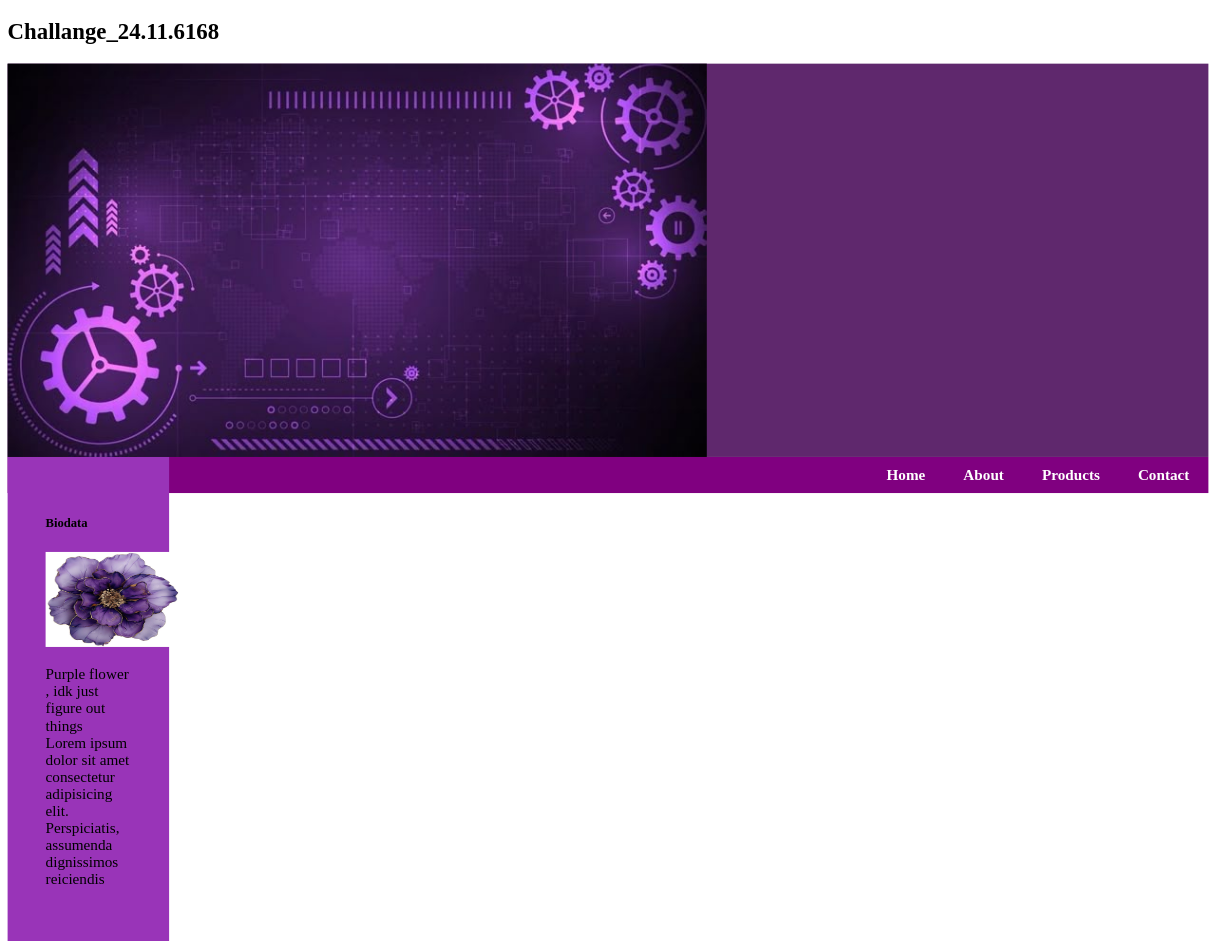
Repository: Ms-Ulfiyahrustam/p5_pemogramanweb
Page: index.html
The author's editor kept a copy of each file at every save. The page is drawn from the files as they stood at one save, then again after the next save.
The browser window is 1280 px wide. The pictures show the whole page, at 95% of full size.

Above is the page before, as saved 2026-04-27 09:36:59.

### index.html
<!DOCTYPE html>
<html lang="en">
<head>
    <meta charset="UTF-8">
    <meta name="viewport" content="width=device-width, initial-scale=1.0">
    <link rel="stylesheet" href="style.css">
    <title>Document</title>
</head>
<body class="">
    <h2>Challange_24.11.6168</h2>
    <div class="flex-container">
        <img src="download.jpg" alt="">
    </div>
    <div class="leftside">
        <h5>Biodata</h5>
        <img src="purple.jpg" alt="" width="140" height="100" >
        <p>Purple flower , idk just figure out things <br>
            Lorem ipsum dolor sit amet consectetur adipisicing elit. Perspiciatis, assumenda dignissimos reiciendis  <br>
        </p>
    </div>
    <div class="midplace">
<nav class="menu">
  <ul>
    <li><a href="#">Home</a></li>
    <li><a href="#">About</a></li>
    <li><a href="#">Products</a></li>
    <li><a href="#">Contact</a></li>
  </ul>
</nav>
        </div>
</body>
</html>

### style.css


.flex-container{
    display: flex;
    background-color: rgb(95, 40, 109);
    margin: auto;
}

.leftside{
    width:90px;
    padding: 40px;
    float:left;
    background-color: rgb(153, 52, 184);
    margin-top: 10;

}

.rightside{

}

.midplace{
    background-color: purple;
    color: azure;

}

.menu {
  background-color: purple;
  padding: 10px 0;
}

.menu ul {
  display: flex;
  justify-content: right;
  list-style: none;
  margin: 0;
  padding: 0;
}

.menu li {
  margin: 0 20px;
}

.menu a {
  text-decoration: none;
  color: white;
  font-weight: bold;
}

After the next save:
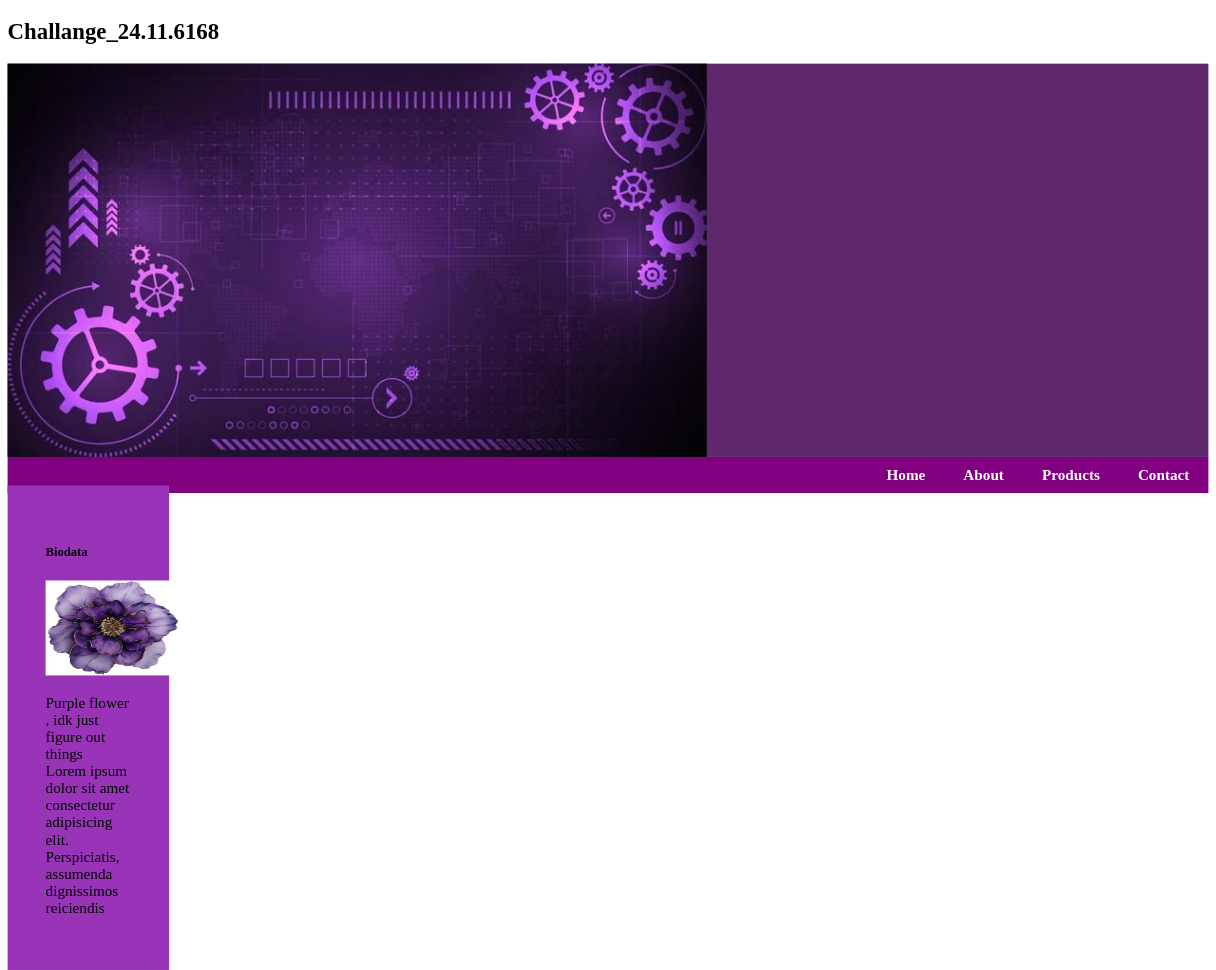
Saved 6 s later.
--- a/style.css
+++ b/style.css
@@ -11,7 +11,7 @@
     padding: 40px;
     float:left;
     background-color: rgb(153, 52, 184);
-    margin-top: 10;
+    margin-top: 30px;
 
 }
 
